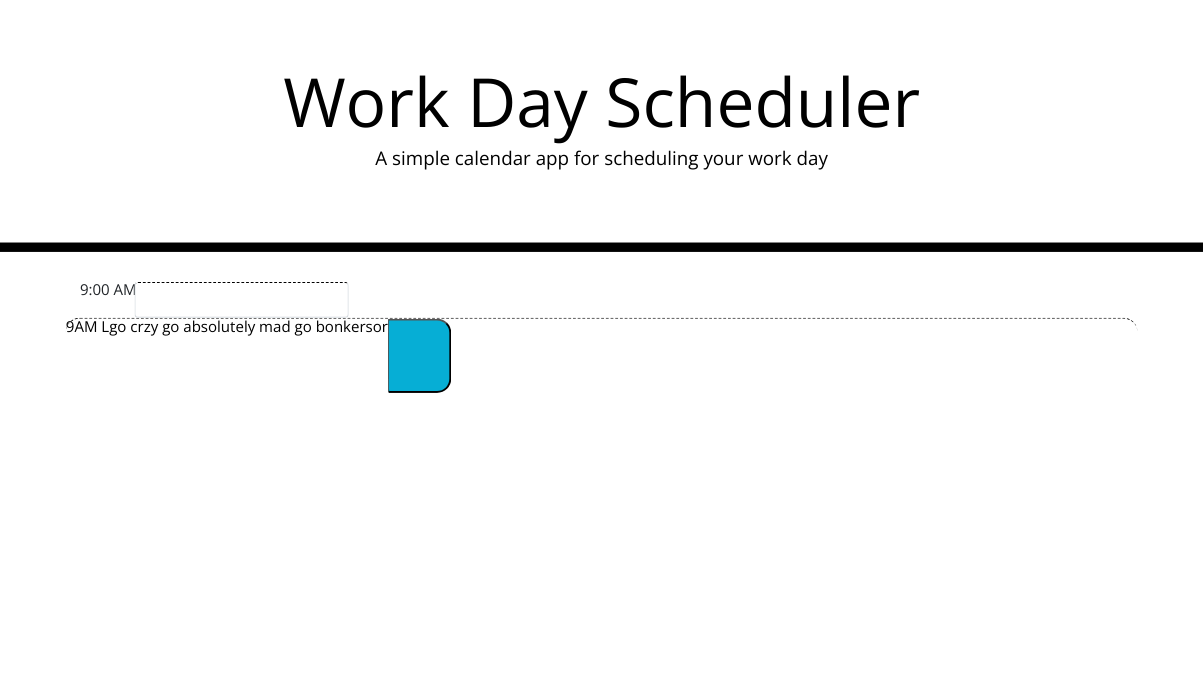
Repository: pnguyen6910/workdayscheduler
Page: index.html
An editor plug-in stored every save of this project. The page is shown before and after the next save, followed by the edit.
The browser window is 1280 px wide. The pictures show the whole page, at 94% of full size.
Some web libraries are served in a nearby version.

Above is the page before, as saved 2020-12-09 19:50:18.
Console error: ReferenceError: a is not defined

After the next save:
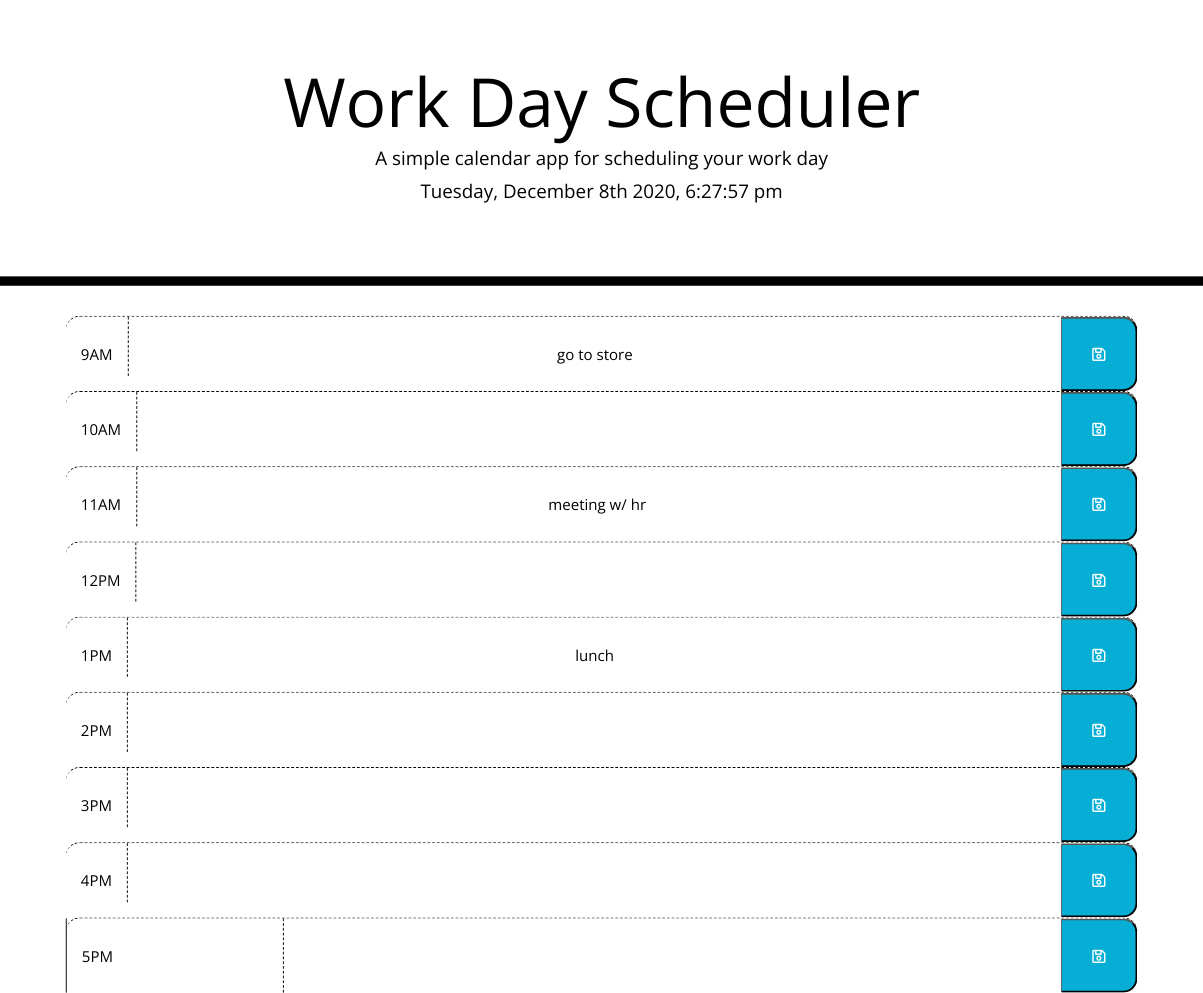
Console error: ReferenceError: click is not defined
Saved 22 h 12 min later.
--- a/index.html
+++ b/index.html
@@ -18,48 +18,92 @@
       href="https://fonts.googleapis.com/css?family=Open+Sans&display=swap"
       rel="stylesheet"
     />
-    <link rel="stylesheet" href="style.css" />
+    <link rel="stylesheet" href="./style.css" />
     <title>Work Day Scheduler</title>
   </head>
 
-<body>
-  <header class="jumbotron">
-    <h1 class="display-3">Work Day Scheduler</h1>
-    <p class="lead">A simple calendar app for scheduling your work day</p>
-    <p id="currentDay" class="lead"></p>
-  </header>
-  <div class="container">
-    <!-- Timeblocks go here -->
-    <div class="input-group">
-      <div class="input-group-prepend">
-        <span class="input-group-prepend">9:00 AM</span>
+  <body>
+    <header class="jumbotron">
+      <h1 class="display-3">Work Day Scheduler</h1>
+      <p class="lead">A simple calendar app for scheduling your work day</p>
+      <p id="currentDay" class="lead"></p>
+    </header>
+    <div class="container">
+      <!-- Timeblocks go here -->
+      <div class="time-block row hour">
+        <p class="timeBlock">9AM</p>
+        <p class="task">go to store</p>
+        <button class="saveBtn"><i class="far fa-save"></i></button>
       </div>
-      <input type="text" class="input-group-text hour"></input>
+
+      <div class="time-block row hour">
+        <p class="timeBlock">10AM</p>
+        <p class="task"></p>
+        <button class="saveBtn"><i class="far fa-save"></i></button>
+      </div>
+
+      <div class="time-block row hour">
+        <p class="timeBlock">11AM</p>
+        <p class="task">meeting w/ hr </p>
+        <button class="saveBtn"><i class="far fa-save"></i></button>
+        </div>
+
+      <div class="time-block row hour">
+        <p class="timeBlock">12PM</p>
+        <p class="task"></p>
+        <button class="saveBtn"><i class="far fa-save"></i></button>
+      </div>
+
+      <div class="time-block row hour">
+        <p class="timeBlock">1PM</p>
+        <p class="task">lunch</p>
+        <button class="saveBtn"><i class="far fa-save"></i></button>
+      </div>
+
+      <div class="time-block row hour">
+        <p class="timeBlock">2PM</p>
+        <p class="task"></p>
+        <button class="saveBtn"><i class="far fa-save"></i></button>
+      </div>
+
+      <div class="time-block row hour">
+        <p class="timeBlock">3PM</p>
+        <p class="task"></p>
+        <button class="saveBtn"><i class="far fa-save"></i></button>
+      </div>
+
+      <div class="time-block row hour">
+        <p class="timeBlock">4PM</p>
+        <p class="task"></p>
+        <button class="saveBtn"><i class="far fa-save"></i></button>
+      </div>
+
+      <div class="time-block row hour">
+        <textarea class="timeBlock">5PM</textarea>
+        <p class="task"></p>
+        <button class="saveBtn"><i class="far fa-save"></i></button>
+      </div>
     </div>
-  <div class="time-block row hour">9AM
-    <p class="textarea">Lgo crzy go absolutely mad go bonkersor</p>
-    <button class="saveBtn"></button>
-  </div>
 
-<script src="https://cdnjs.cloudflare.com/ajax/libs/jquery/3.2.1/jquery.min.js"></script>
-<script src="https://cdnjs.cloudflare.com/ajax/libs/moment.js/2.24.0/moment.min.js"></script>
-<script src="./assets/moment.min.js"></script>
-<script>
-  console.log(moment())
-  //variables
-  var textArea = $(".textarea")
-  var saveBtn = $("saveBtn")
-  var momentA = moment('2016-01-01')
-  a.format();
+    <script src="https://cdnjs.cloudflare.com/ajax/libs/jquery/3.2.1/jquery.min.js"></script>
+    <script src="https://cdnjs.cloudflare.com/ajax/libs/moment.js/2.24.0/moment.min.js"></script>
+    <script src="./assets/moment.min.js"></script>
+    <script>
+      console.log(moment())
+      //variables
+      var userInput = $(".task")
+      var taskText = ("")
+      var currentTime = moment().format('MMMM Do YYYY, h:mm:ss a')
+      //adding date for current day, past day and so on
+      //showing time of day
+      $("#currentDay").text(moment().format('dddd') + ", " + currentTime)
+      //refreshing current time
+      //clicking on text block and entering information
+      $(".task").on(click, function() {
 
-  console.log(moment)
-  //adding date for current day and so on
-  //connecting to container
-  //adding time of day
-  //showing current time & past time of day
-  //adding text to each row
-  //linking save button on each row
-  //saving added text to local storage
-</script>
-</body>
+      })
+      //change the color of time blocks if it's the current time vs past time vs future
+      //saving added text to local storage
+    </script>
+  </body>
 </html>
